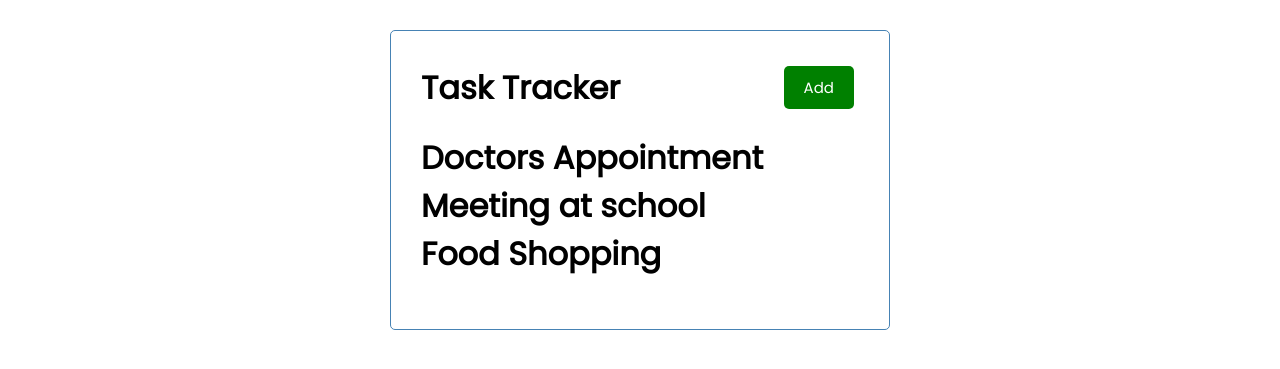
Repository: solutionsforeverything/React-task-tracker
Page: /
An editor plug-in stored every save of this project. The page is shown before and after a run of saves, followed by the edit.
The browser window is 1280 px wide. The pictures show the whole page.
The project was rebuilt for these pictures with package versions that can differ from the ones it lists, and the page was loaded fresh each time.

Above is the page before, as saved 2021-02-25 15:39:06.

After the next 2 saves:
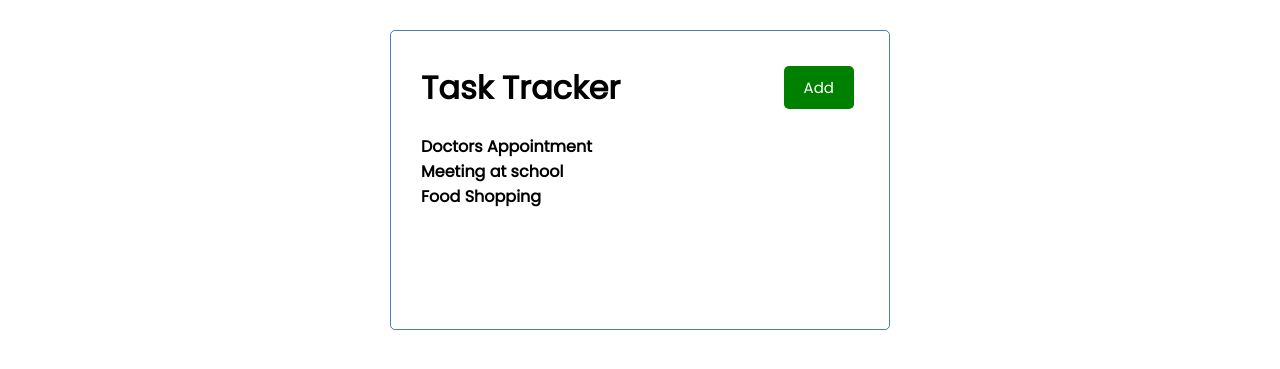
The 2 saves are shown as one change because 1 did not build or start.
The last was saved 29 s later.
--- a/src/Components/Tasks.js
+++ b/src/Components/Tasks.js
@@ -24,7 +24,7 @@ const Tasks = () => {
         <>
             {
                 tasks.map((task)=>(
-                    <h1 key={task.id}>{task.text}</h1>
+                    <h4 key={task.id}>{task.text}</h4>
                 ))
             }
         </>
